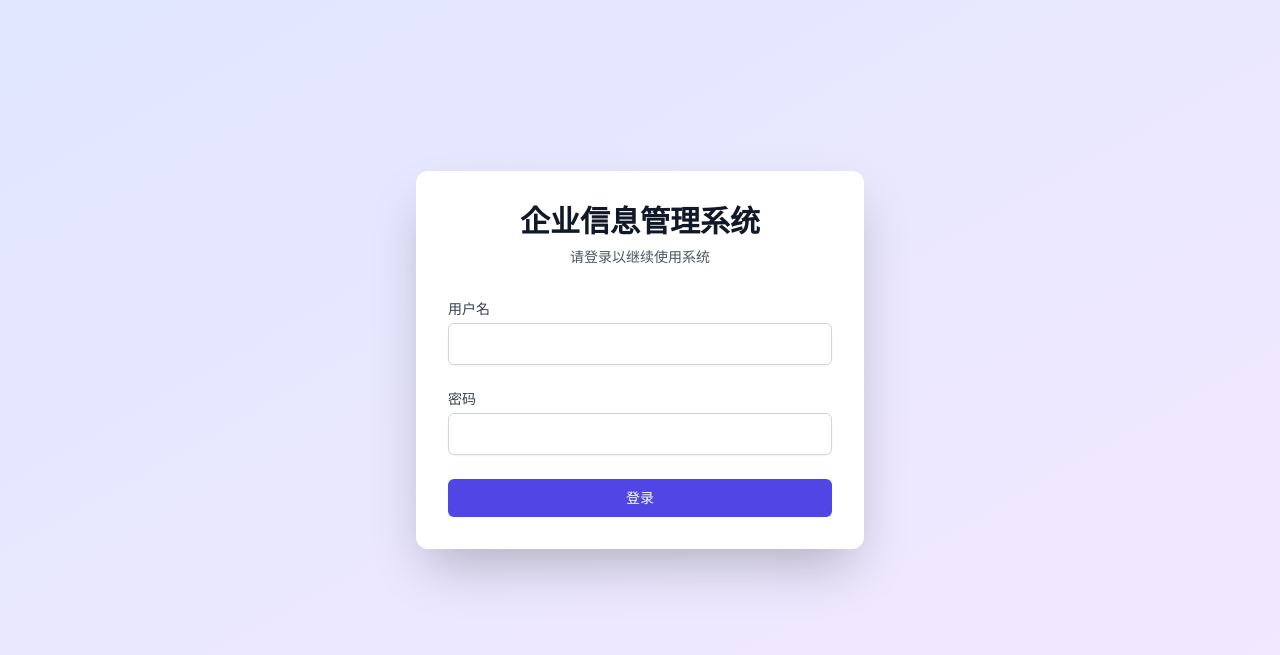
Repository: RunnerQuan/enterprise-info-system-demo
Page: / (app in frontend/enterprise-info-system/)
The author's editor kept a copy of each file at every save. The page is drawn from the files as they stood at one save, then again after the next save.
The browser window is 1280 px wide. The pictures show the whole page.
The project was rebuilt for these pictures with package versions that can differ from the ones it lists, and the page was loaded fresh each time. Also part of the build but not shown: frontend/enterprise-info-system/vite.config.ts.

Above is the page before, as saved 2024-12-25 21:39:27.

After the next save:
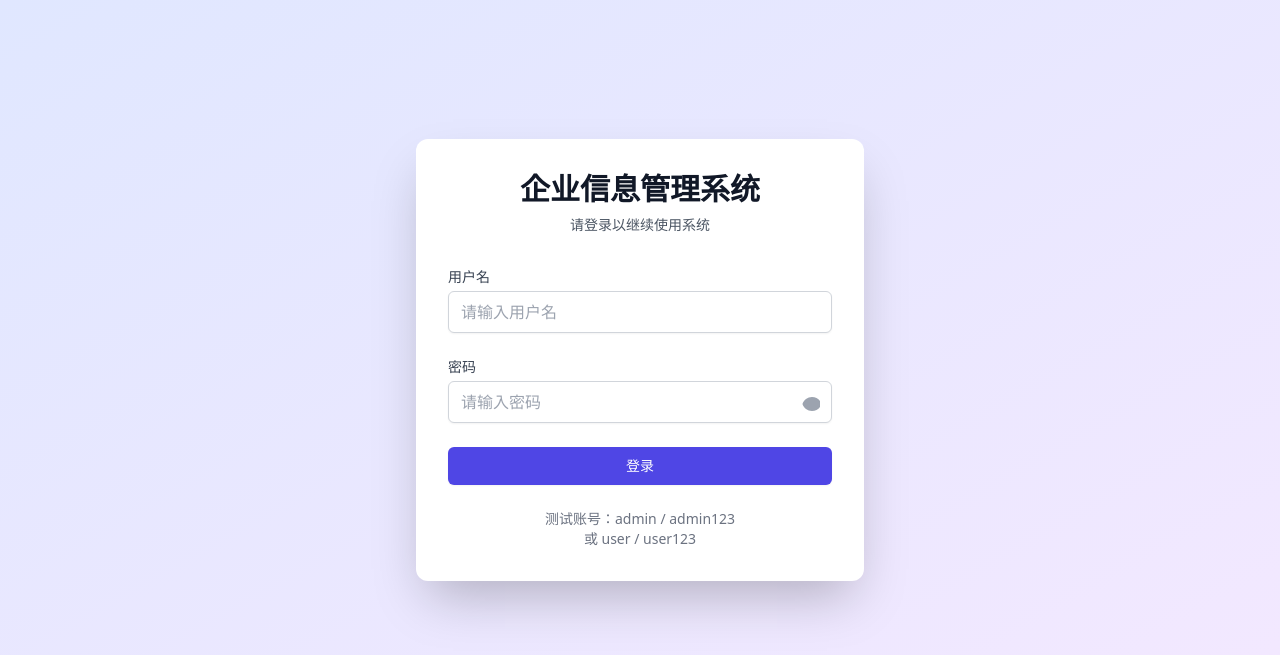
Saved 3 min 52 s later.
--- a/frontend/enterprise-info-system/src/stores/auth.ts
+++ b/frontend/enterprise-info-system/src/stores/auth.ts
@@ -1,6 +1,5 @@
 import { defineStore } from 'pinia'
 import { ref } from 'vue'
-import type { User } from '@/types'
 
 // 模拟用户数据
 const MOCK_USERS = [
@@ -9,39 +8,32 @@ const MOCK_USERS = [
 ]
 
 export const useAuthStore = defineStore('auth', () => {
-  const user = ref<User | null>(null)
-  const isAuthenticated = ref(false)
+  const user = ref<{ username: string; role: string } | null>(null)
 
-  const login = async (username: string, password: string) => {
+  const login = async (credentials: { username: string; password: string }) => {
     // 模拟API调用延迟
     await new Promise(resolve => setTimeout(resolve, 1000))
 
-    // 模拟验证
     const foundUser = MOCK_USERS.find(
-      u => u.username === username && u.password === password
+      u => u.username === credentials.username && u.password === credentials.password
     )
 
-    if (foundUser) {
-      user.value = {
-        userID: 1, // 模拟ID
-        username: foundUser.username,
-        role: foundUser.role as 'Admin' | 'User'
-      }
-      isAuthenticated.value = true
-      return true
+    if (!foundUser) {
+      throw new Error('Invalid credentials')
     }
 
-    throw new Error('用户名或密码错误')
+    user.value = {
+      username: foundUser.username,
+      role: foundUser.role
+    }
   }
 
-  const logout = () => {
+  const logout = async () => {
     user.value = null
-    isAuthenticated.value = false
   }
 
   return {
     user,
-    isAuthenticated,
     login,
     logout
   }
--- a/frontend/enterprise-info-system/src/views/LoginView.vue
+++ b/frontend/enterprise-info-system/src/views/LoginView.vue
@@ -14,6 +14,7 @@ const form = ref({
 })
 
 const isLoading = ref(false)
+const showPassword = ref(false)
 
 const handleLogin = async () => {
   if (!form.value.username || !form.value.password) {
@@ -30,6 +31,10 @@ const handleLogin = async () => {
   } finally {
     isLoading.value = false
   }
+}
+
+const togglePasswordVisibility = () => {
+  showPassword.value = !showPassword.value
 }
 </script>
 
@@ -58,6 +63,7 @@ const handleLogin = async () => {
                 required
                 class="appearance-none block w-full px-3 py-2 border border-gray-300 rounded-md shadow-sm placeholder-gray-400 focus:outline-none focus:ring-indigo-500 focus:border-indigo-500"
                 :class="{ 'animate-shake': isLoading }"
+                placeholder="请输入用户名"
               />
             </div>
           </div>
@@ -68,11 +74,31 @@ const handleLogin = async () => {
             <div class="mt-1 relative">
               <input
                 v-model="form.password"
-                type="password"
+                :type="showPassword ? 'text' : 'password'"
                 required
-                class="appearance-none block w-full px-3 py-2 border border-gray-300 rounded-md shadow-sm placeholder-gray-400 focus:outline-none focus:ring-indigo-500 focus:border-indigo-500"
+                class="appearance-none block w-full px-3 py-2 pr-10 border border-gray-300 rounded-md shadow-sm placeholder-gray-400 focus:outline-none focus:ring-indigo-500 focus:border-indigo-500"
                 :class="{ 'animate-shake': isLoading }"
+                placeholder="请输入密码"
               />
+              <!-- 密码可见性切换按钮 -->
+              <button
+                type="button"
+                @click="togglePasswordVisibility"
+                class="absolute inset-y-0 right-0 pr-3 flex items-center"
+              >
+                <svg
+                  class="h-5 w-5 text-gray-400 hover:text-gray-500"
+                  :class="{ 'text-indigo-500': showPassword }"
+                  xmlns="http://www.w3.org/2000/svg"
+                  viewBox="0 0 20 20"
+                  fill="currentColor"
+                >
+                  <path v-if="!showPassword" d="M10 12a2 2 0 100-4 2 2 0 000 4z" />
+                  <path v-if="!showPassword" d="M2.458 12C3.732 7.943 7.523 5 12 5c4.478 0 8.268 2.943 9.542 7-1.274 4.057-5.064 7-9.542 7-4.477 0-8.268-2.943-9.542-7z" />
+                  <path v-if="showPassword" d="M3.707 2.293a1 1 0 00-1.414 1.414l14 14a1 1 0 001.414-1.414l-1.473-1.473A10.014 10.014 0 0019.542 12C18.268 7.943 14.478 5 10 5a9.958 9.958 0 00-4.512 1.074l-1.78-1.781zm4.261 4.26l1.514 1.515a2.003 2.003 0 012.45 2.45l1.514 1.514a4 4 0 00-5.478-5.478z" />
+                  <path v-if="showPassword" d="M12.454 16.697L9.75 13.992a4 4 0 01-3.742-3.741L2.335 6.578A9.98 9.98 0 00.458 12c1.274 4.057 5.065 7 9.542 7 .847 0 1.669-.105 2.454-.303z" />
+                </svg>
+              </button>
             </div>
           </div>
 
@@ -96,6 +122,12 @@ const handleLogin = async () => {
               </template>
             </button>
           </div>
+
+          <!-- 测试账号提示 -->
+          <div class="mt-4 text-center text-sm text-gray-500">
+            <p>测试账号：admin / admin123</p>
+            <p>或 user / user123</p>
+          </div>
         </form>
       </div>
     </div>
